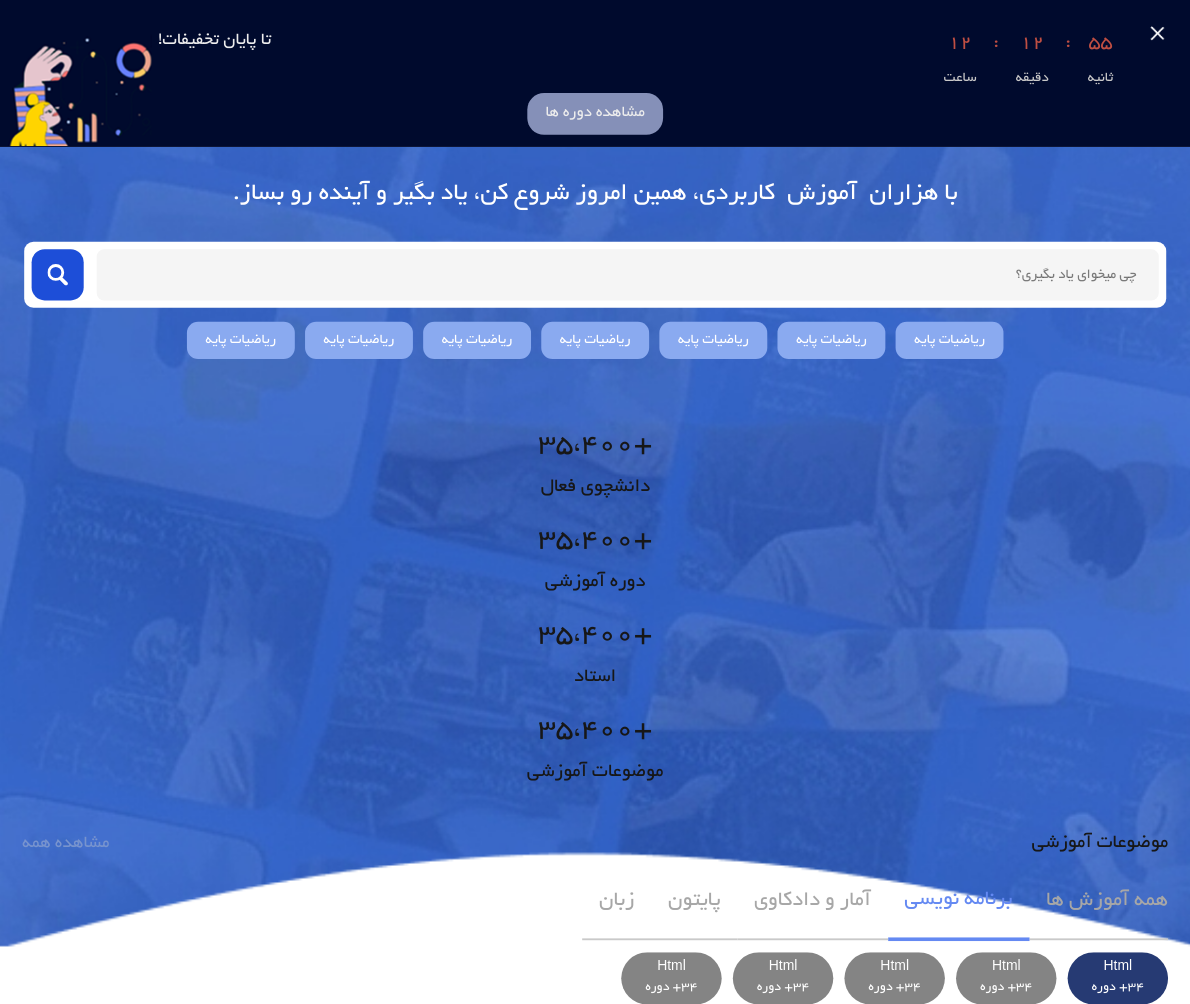
Repository: sinafath/fradars
Page: /
The author's editor kept a copy of each file at every save. The page is drawn from the files as they stood at one save, then again after the next save.
The browser window is 1280 px wide. The pictures show the whole page, at 93% of full size.
The project was rebuilt for these pictures with package versions that can differ from the ones it lists, and the page was loaded fresh each time. The framework's server and built-in components were replaced by stand-ins that run in the browser. Also part of the build but not shown: next.config.ts.

Above is the page before, as saved 2025-09-22 18:01:17.

### src/app/layout.tsx
import type { Metadata } from "next";
import localFont from 'next/font/local'

const myFont = localFont({
  src: '../../public/BYEKAN.ttf',
})
import "./globals.css";

console.log(myFont)

export const metadata: Metadata = {
  title: "Fradars",
  description: "tutoring website",
};

export default function RootLayout({
  children,
}: Readonly<{
  children: React.ReactNode;
}>) {
  return (
    <html lang="fa" dir="rtl" className={myFont.className}>
      <body
      >
        {children}
      </body>
    </html>
  );
}

### src/app/page.tsx
import { Center, Column, Row } from "@/components/core";
import { Header } from "@/components/HomePage";
import Image from "next/image";

export default function Home() {
  return (
    <div>
      <div className="w-full relative flex justify-center bg-[#000A2D] h-[158px] ">
        <Image
          aria-hidden
          className="absolute left-0"
          src="/1.png"
          alt="File icon"
          width={163}
          height={157}
        />
        <Image
          aria-hidden
          className="absolute top-[28px] start-[28px]"
          src="/2.png"
          alt="File icon"
          width={15}
          height={15}
        />
        <Row className="top-[30px] absolute start-[83px] gap-[18px] h-[58px]" align="start" >
          <Column className="gap-[20px] text-center">
            <span className="text-[22px]  h-[22px]  text-[#BF4F43]">۵۵</span>
            <span className="text-[#C9C9C9] text-[16px]">ثانیه</span>
          </Column >
          <span className="text-[22px] text-[#BF4F43]">:</span>
          <Column className="gap-[20px] text-center">
            <span className="text-[22px] h-[22px]  text-[#BF4F43]">۱۲</span>
            <span className="text-[#C9C9C9] text-[16px]">دقیقه</span>
          </Column >
          <span className="text-[22px] text-[#BF4F43]">:</span>
          <Column className="gap-[20px] text-center">
            <span className="text-[22px] h-[22px]  text-[#BF4F43]">۱۲</span>
            <span className="text-[#C9C9C9] text-[16px]">ساعت</span>
          </Column >
        </Row>
        <p className=" absolute top-[29px] end-[170px] text-[#EDEDED] text-[20px]">تا پایان تخفیفات!</p>
        <button className=" w-[146px] h-[45px] bg-[#8590B8] rounded-[18px] absolute bottom-[13px] text-[18px] text-[#EDEDED]">مشاهده دوره ها</button>
      </div>
      <Column className="relative text-center">
        <h1 className="text-[28px] text-white pt-[30px] px-[62px]"> با هزاران  آموزش‌  کاربردی، همین امروز شروع کن،
          یاد بگیر و آینده رو بساز.</h1>
        <Row className="mt-[30px] w-[calc(100%-52px)] bg-white p-[8px] gap-[14px] h-[71px] mx-[26px] rounded-[10px]" >
          <input type="text" className="bg-[#F5F5F5] flex-1 h-full text-black rounded-[8px] px-[24px] " placeholder="چی میخوای یاد بگیری؟" />
          <Center className="bg-[#1D4ED8] w-[56px] h-full rounded-[14px]">
            <img src="/4.svg" />
          </Center>
        </Row>
        <Row className="flex-wrap gap-x-[11px] gap-y-[15px] mt-[15px] justify-center ">
          <div className="rounded-[12px] text-[16px] px-[20px] py-[8px] bg-[#8AAAF0] text-white"> ریاضیات پایه </div>
          <div className="rounded-[12px] text-[16px] px-[20px] py-[8px] bg-[#8AAAF0] text-white"> ریاضیات پایه </div>
          <div className="rounded-[12px] text-[16px] px-[20px] py-[8px] bg-[#8AAAF0] text-white"> ریاضیات پایه </div>
          <div className="rounded-[12px] text-[16px] px-[20px] py-[8px] bg-[#8AAAF0] text-white"> ریاضیات پایه </div>
          <div className="rounded-[12px] text-[16px] px-[20px] py-[8px] bg-[#8AAAF0] text-white"> ریاضیات پایه </div>
          <div className="rounded-[12px] text-[16px] px-[20px] py-[8px] bg-[#8AAAF0] text-white"> ریاضیات پایه </div>
          <div className="rounded-[12px] text-[16px] px-[20px] py-[8px] bg-[#8AAAF0] text-white"> ریاضیات پایه </div>
        </Row>
        <Image
          aria-hidden
          className="absolute top-0 start-0 w-full z-[-1]"
          src="/3.png"
          alt="File icon"
          width={560}
          height={377}
        />
      </Column>
      <Column className="gap-[17px] text-center pt-[70px] ">
        <Column className="gap-[4px]">
          <div className="text-[32px]"> +۳۵،۴۰۰</div>
          <div className="text-[22px]">دانشچوی فعال</div>
        </Column>
        <Column className="gap-[4px]">
          <div className="text-[32px]">  +۳۵،۴۰۰ </div>
          <div className="text-[22px]"> دوره آموزشی</div>
        </Column>
        <Column className="gap-[4px]">
          <div className="text-[32px]"> +۳۵،۴۰۰</div>
          <div className="text-[22px]"> استاد</div>
        </Column>
        <Column className="gap-[4px]">
          <div className="text-[32px]"> +۳۵،۴۰۰</div>
          <div className="text-[22px]"> موضوعات آموزشی</div>
        </Column>
      </Column>
      <Header title="موضوعات آموزشی " />
      <Row className=" overflow-y-auto ms-[24px]">
        <div className="pe-[18px] flex-shrink-0   text-[#A7A7A7] text-[24px] pb-[22px] border-b-[2px]  border-solid border-b-[#C9C9C9]">همه آموزش ها</div>
        <div className="pe-[18px] flex-shrink-0 ps-[18px] text-[#6489F2]  text-[24px] pb-[22px] border-b-[4px] border-solid border-b-[#6489F2]"  > برنامه نویسی</div>
        <div className="pe-[18px] flex-shrink-0 ps-[18px] text-[#A7A7A7] text-[24px] pb-[22px] border-b-[2px]  border-b-solid border-b-[#C9C9C9]">آمار و دادکاوی</div>
        <div className="pe-[18px] flex-shrink-0 ps-[18px] text-[#A7A7A7] text-[24px] pb-[22px] border-b-[2px] border-b-solid border-b-[#C9C9C9]">پایتون</div>
        <div className="pe-[18px] flex-shrink-0 ps-[18px] text-[#A7A7A7] text-[24px] pb-[22px] border-b-[2px] border-b-solid border-b-[#C9C9C9]">زبان</div>
      </Row>
      <Row className="mt-[12px] gap-[12px] overflow-y-auto ms-[24px]">
        <Column justify="center" align="center" className=" items-center align-center rounded-[28px] w-[108px] h-[56px]   flex-shrink-0  bg-[#263A73] text-center text-white text-[15px]">
          <div className="">Html</div>
          <div>34+ دوره</div>
        </Column>
        <Column justify="center" align="center" className=" items-center align-center rounded-[28px] w-[108px] h-[56px]   flex-shrink-0  bg-[#848484] text-center text-white text-[15px]">
          <div className="">Html</div>
          <div>34+ دوره</div>
        </Column>
        <Column justify="center" align="center" className=" items-center align-center rounded-[28px] w-[108px] h-[56px]   flex-shrink-0  bg-[#848484] text-center text-white text-[15px]">
          <div className="">Html</div>
          <div>34+ دوره</div>
        </Column>           <Column justify="center" align="center" className=" items-center align-center rounded-[28px] w-[108px] h-[56px]   flex-shrink-0  bg-[#848484] text-center text-white text-[15px]">
          <div className="">Html</div>
          <div>34+ دوره</div>
        </Column>           <Column justify="center" align="center" className=" items-center align-center rounded-[28px] w-[108px] h-[56px]   flex-shrink-0  bg-[#848484] text-center text-white text-[15px]">
          <div className="">Html</div>
          <div>34+ دوره</div>
        </Column>
      </Row>
    </div>
  );
}

### src/app/globals.css

@import "tailwindcss";

:root {
  --background: #ffffff;
  --foreground: #171717;
}

@theme inline {
  --color-background: var(--background);
  --color-foreground: var(--foreground);
}
@layer base {
  *{
    @apply box-border; /* Ensures box-sizing: border-box */
  }
}
@media (prefers-color-scheme: dark) {
  :root {
    --background: #0a0a0a;
    --foreground: #ededed;
  }
}


body {
  background: var(--background);
  color: var(--foreground);
  font-weight: normal;
}

### src/components/core.tsx
import { cn } from "@/lib/utils";
import { ReactNode } from "react";

type AlignItems = 'start' | 'center' | 'end' | 'baseline' | 'stretch';
type JustifyContent = 'start' | 'center' | 'end' | 'between' | 'around' | 'evenly';

interface FlexProps {
    children?: ReactNode;
    className?: string;
    align?: AlignItems;
    justify?: JustifyContent;
}

const alignClasses: Record<AlignItems, string> = {
    start: 'items-start',
    center: 'items-center',
    end: 'items-end',
    baseline: 'items-baseline',
    stretch: 'items-stretch',
};

const justifyClasses: Record<JustifyContent, string> = {
    start: 'justify-start',
    center: 'justify-center',
    end: 'justify-end',
    between: 'justify-between',
    around: 'justify-around',
    evenly: 'justify-evenly',
};

interface CenterProps {
    children: ReactNode;
    className?: string;
}

function Center({ children, className }: CenterProps) {
    return (
        <div className={cn('flex items-center justify-center', className)}>
            {children}
        </div>
    );
}

function Row({
    children,
    className,
    align = 'center',
    justify = 'start',
    ...props
}: FlexProps) {
    return (
        <div
            className={cn('flex flex-row', alignClasses[align], justifyClasses[justify], className)}
            {...props}
        >
            {children}
        </div>
    );
}

function Column({
    children,
    className,
    align = 'center',
    justify = 'start',
    ...props
}: FlexProps) {
    return (
        <div
            className={cn('flex flex-col', alignClasses[align], justifyClasses[justify], className)}
            {...props}
        >
            {children}
        </div>
    );
}

export { Column, Center, Row };

### src/components/HomePage/index.tsx
import { cn } from "@/lib/utils";
import { ReactNode } from "react";
import { Row } from "../core";

interface HeaderProps {
    className?: { title: string, row: string };
    title: string
}

function Header({ title, className }: HeaderProps) {
    const { title: titleClass, row } = className ?? {}
    return (

        <Row justify="between" className={cn('mt-[44px] mb-[26px] px-[24px]', row)}>
            <h3 className={cn('text-[22px]', titleClass)}>{title}</h3>
            <p className="text-[20px] text-[#7894CE]"> مشاهده همه</p>
        </Row>
    );
}
interface CardProps {
    className?: { title: string, row: string };
    title: string
}
function Card({ children, className }: CardProps) {
    return (
        <div className={cn('flex items-center justify-center', className)}>
            {children}
        </div>
    );
}


export { Card,Header };

Loaded but not shown: src/lib/utils.ts (common file)

After the next save:
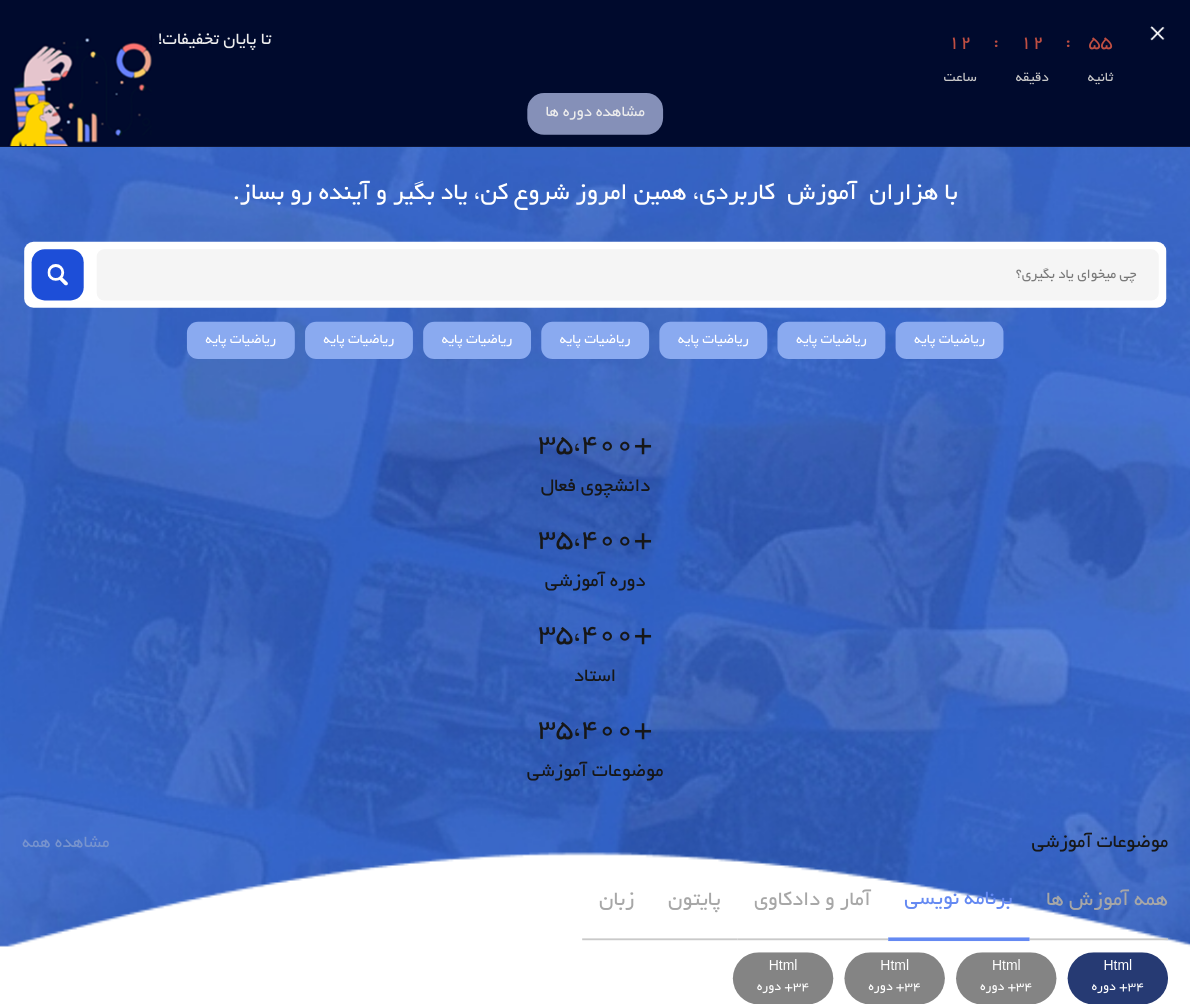
Saved 6 s later.
--- a/src/app/page.tsx
+++ b/src/app/page.tsx
@@ -109,9 +109,6 @@
         </Column>           <Column justify="center" align="center" className=" items-center align-center rounded-[28px] w-[108px] h-[56px]   flex-shrink-0  bg-[#848484] text-center text-white text-[15px]">
           <div className="">Html</div>
           <div>34+ دوره</div>
-        </Column>           <Column justify="center" align="center" className=" items-center align-center rounded-[28px] w-[108px] h-[56px]   flex-shrink-0  bg-[#848484] text-center text-white text-[15px]">
-          <div className="">Html</div>
-          <div>34+ دوره</div>
         </Column>
       </Row>
     </div>

After the save that followed:
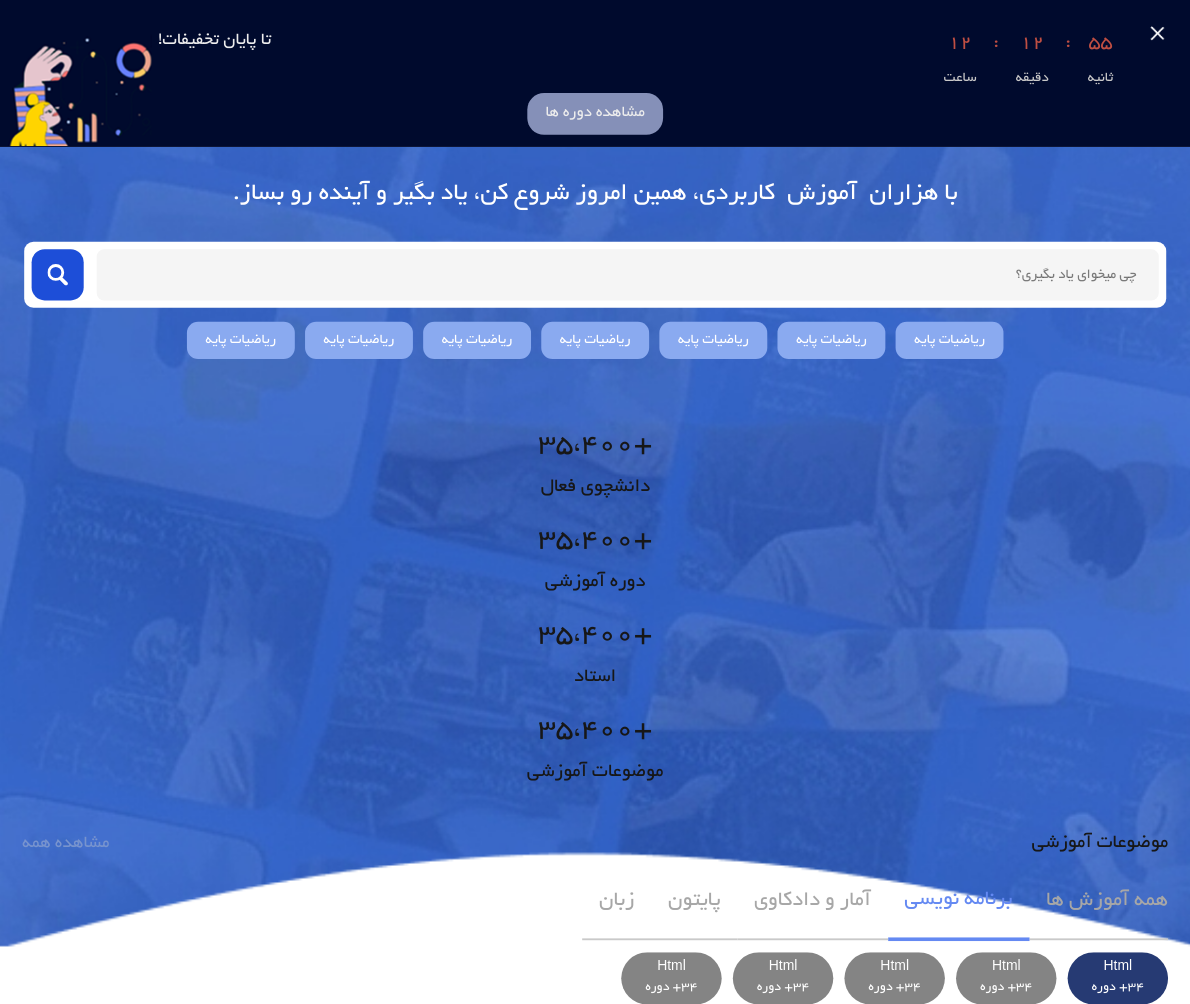
Saved 7 s later.
--- a/src/app/page.tsx
+++ b/src/app/page.tsx
@@ -109,6 +109,9 @@
         </Column>           <Column justify="center" align="center" className=" items-center align-center rounded-[28px] w-[108px] h-[56px]   flex-shrink-0  bg-[#848484] text-center text-white text-[15px]">
           <div className="">Html</div>
           <div>34+ دوره</div>
+        </Column>           <Column justify="center" align="center" className=" items-center align-center rounded-[28px] w-[108px] h-[56px]   flex-shrink-0  bg-[#848484] text-center text-white text-[15px]">
+          <div className="">Html</div>
+          <div>34+ دوره</div>
         </Column>
       </Row>
     </div>
